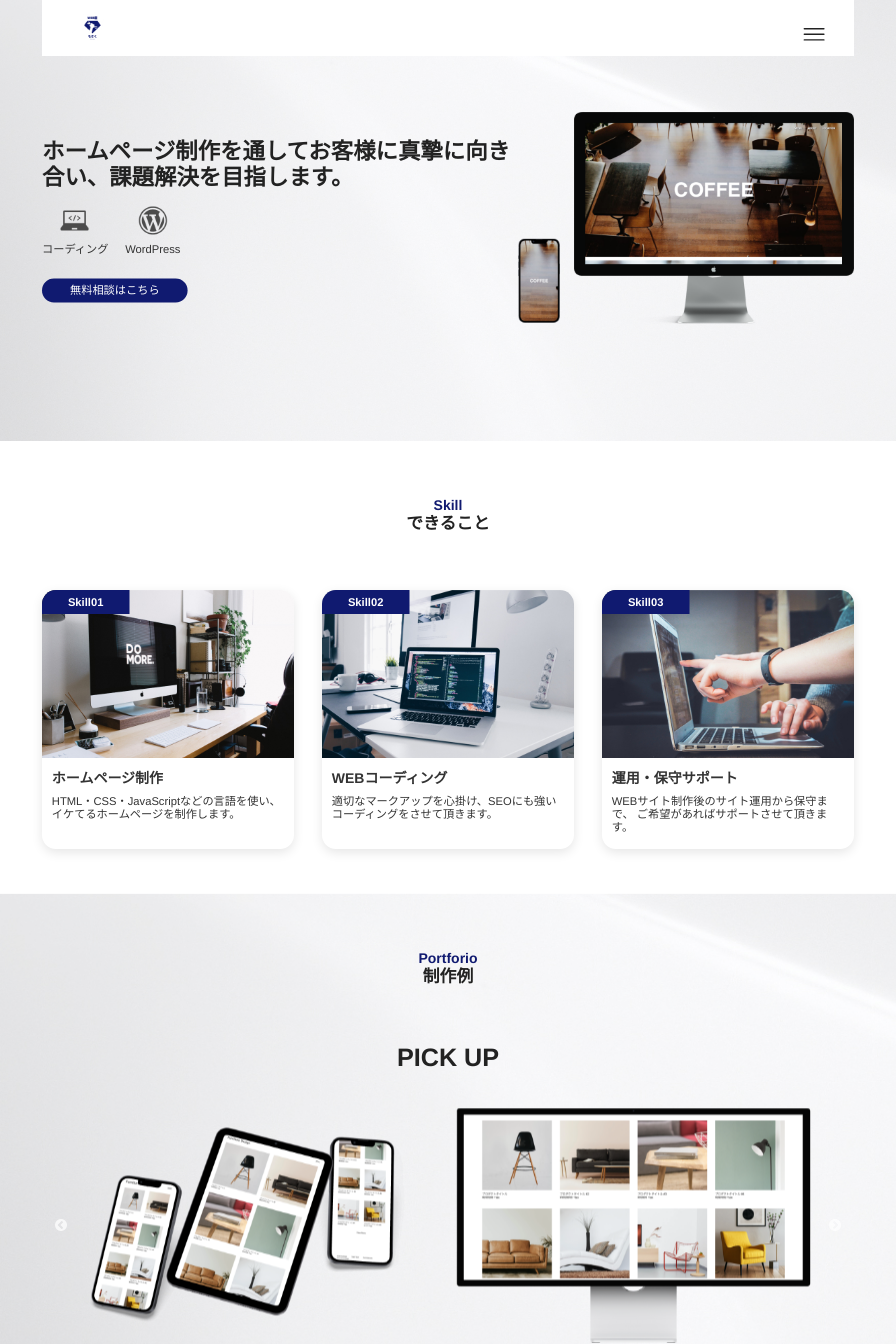
Repository: mosak0217/mosak
Page: index.html
An editor plug-in stored every save of this project. The page is shown before and after the next save, followed by the edit.
The browser window is 1280 px wide. The pictures show the part of the page from y = 0 to 1920 px (the page is 8442 px tall), at 70% of full size.
The style sheet was rebuilt from its Sass, Less or Tailwind sources for each picture, by a compiler version that may differ from the author's.

Above is the page before, as saved 2022-07-03 14:19:23.

### index.html
<!DOCTYPE html>
<html lang="ja">
<head>
  <meta charset="UTF-8">
  <meta name="discription" content="もさくのポートフォリオ">
  <meta http-equiv="X-UA-Compatible" content="IE=edge">
  <meta name="viewport" content="width=device-width, initial-scale=1.0">
  <link rel="stylesheet" href="sass/reset.css">
  <link rel="stylesheet" type="text/css" href="https://cdn.jsdelivr.net/npm/slick-carousel@1.8.1/slick/slick.css"/>
  <link rel="stylesheet" type="text/css" href="https://cdn.jsdelivr.net/npm/slick-carousel@1.8.1/slick/slick-theme.css"/>
  <link rel="stylesheet" href="sass/style.css">
  <link rel="icon" href="img/favicon.png">
  <title>mosak</title>
</head>
<body>
  <main>
  <header id="header" class="header wrapper">
    <h1 class="header_logo"><a href="#"><img src="img/header_icon.png" alt=""></a></h1><!-- header_logo-->


    <nav id="nav" class="header_nav">
      <div class="inner">
      <ul class="header_nav_list nav_menu">
        <li class="header_nav_item"><a href="#skill">できること</a></li>
        <li class="header_nav_item"><a href="#portforio">制作例</a></li>
        <li class="header_nav_item"><a href="#price">料金表</a></li>
        <li class="header_nav_item"><a href="#frow">サービスの流れ</a></li>
        <li class="header_nav_item"><a href="#info">お知らせ</a></li>
        <li class="header_nav_item"><a href="#consept">こだわり</a></li>
        <li class="header_nav_item"><a href="#profile">自己紹介</a></li>
        <li class="header_nav_item"><a href="">ブログ</a></li>
        <div class="btn"><a href="#contact">無料相談はこちら</a></div>
      </ul><!-- header_nav_list-->
    </div>
    </nav><!-- header_nav-->


    <div class="hamberger_btn">
      <span></span>
      <span></span>
      <span></span>
    </div><!-- hamburger_btn-->

    <div id="mask"></div>
  </header>
  </header><!-- header-->


<section id="mv" class="mv">
  <div class="mv_inner wrapper">
    <div class="mv_cont">
    <h2>ホームページ制作を通してお客様に真摯に向き合い、課題解決を目指します。</h2>
    <div class="mv_icons">
    <div class="mv_icon">
      <img src="img/coding_icon.png" alt="コーディングアイコン">
      <p>コーディング</p>
    </div><!--mv_icon-->
    <div class="mv_icon">
      <img src="img/wordpress_icon.png" alt="ワードプレスアイコン">
      <p>WordPress</p>
    </div><!--mv_icon-->
  </div><!--mv_icons-->
    <div class="btn"><a href="#contact">無料相談はこちら</a></div>
    </div><!--mv_cont-->
    <img src="img/mv_img.png" alt="メインビュー画像">
  </div><!--mv_inner-->
</section><!--mv-->

<section id="skill" class="skill">
<h1 class="section_ttl">
  <p class="section_sub_ttl">Skill</p>できること</h1>
<div class="wrapper box_contents">
<div class="box_cont">
  <p class="category_label">Skill01</p>
  <img src="img/skill1.jpg" alt="スキル１画像">
  <h2>ホームページ制作</h2>
  <p>HTML・CSS・JavaScriptなどの言語を使い、
    イケてるホームページを制作します。</p>
</div><!--box_cont-->
<div class="box_cont">
  <p class="category_label">Skill02</p>
  <img src="img/skill2.jpg" alt="スキル２画像">
  <h2>WEBコーディング</h2>
  <p>適切なマークアップを心掛け、SEOにも強い
    コーディングをさせて頂きます。</p>
</div><!--box_cont-->
<div class="box_cont">
  <p class="category_label">Skill03</p>
  <img src="img/skill3.jpg" alt="スキル３画像">
  <h2>運用・保守サポート</h2>
  <p>WEBサイト制作後のサイト運用から保守まで、
    ご希望があればサポートさせて頂きます。</p>
</div><!--box_cont-->
</div><!--wrapper-->
</section><!--skill-->


<section id="portforio" class="portforio">
<h1 class="section_ttl">
  <p class="section_sub_ttl">Portforio</p>制作例</h1>
<div class="wrapper">
    <h2>PICK UP</h2>
    <ul class="slick_area">
      <li><a href="single.html"><img src="img/sneakers_slick.png" alt=""></a></li>
      <li><a href="single.html"><img src="img/fd_slick.png" alt=""></a></li>
      <li><a href="single.html"><img src="img/coffee_slick.png" alt=""></a></li>
      <li><a href="single.html"><img src="img/tb_slick.png" alt=""></a></li>
    </ul>
</div><!--wrapper-->
<div class="btn"><a href="category.html">もっと見る！</a></div>

</section><!--portforio-->

<section id="price" class="price">
<h1 class="section_ttl">
  <p class="section_sub_ttl">Price</p>料金表</h1>
<table class="wrapper">
  <tr class="tr_top">
    <th>プラン</th>
    <th>料金</th>
  </tr>
  <tr>
    <td>コーディング（TOP）</td>
    <td>20,000円〜</td>
  </tr>
  <tr class="tr_color_gray">
    <td>コーディング（下層）</td>
    <td>10,000円〜</td>
  </tr>
  <tr>
    <td>LPコーディング</td>
    <td>20,000円〜</td>
  </tr>
  <tr class="tr_color_red">
    <td>LPデザイン＋コーディング</td>
    <td>80,000円〜</td>
  </tr>
  <tr>
    <td>WordPress化</td>
    <td>80,000円〜</td>
  </tr>
  <tr class="tr_color_red">
    <td>コーディング＋WorsPress化</td>
    <td>100,000円〜</td>
  </tr>
  <tr>
    <td>UI/UXデザイン作成</td>
    <td>20,000円〜</td>
  </tr>
  <tr class="tr_color_gray">
    <td>WEBサイト運営・保守</td>
    <td>10,000円〜</td>
  </tr>
  <tr>
    <td class="new"><p>NEW</p>まとめてお願い丸投げプラン</td>
    <td>100,000円〜</td>
  </tr>
</table>
</section><!--price-->

<section id="frow" class="frow">
  <h1 class="section_ttl">
    <p class="section_sub_ttl">Frow</p>サービスの流れ</h1>
  <h2 class="marker"><span>４ステップだけ</span>で簡単にオリジナルのWEBサイトが手に入ります！</h2>
  <div class="wrapper">

  <div class="box_cont">
    <h2>STEP１</h2>
    <img src="img/step1.jpg" alt="ステップ１">
    <h3>お問い合わせ</h3>
    <p>お問い合わせフォームに必要事項を記入して頂きご連絡ください。
      ご検討されている段階でのご相談でも
      結構です</p>
  </div><!--box_cont-->
  <img class="arrow" src="img/frow_arrow.jpg" alt="frow_arrow">
  <div class="box_cont">
    <h2>STEP２</h2>
    <img src="img/step2.jpg" alt="ステップ２">
    <h3>ヒアリング&お見積り</h3>
    <p>お客さまの現状の課題やご要望をヒアリングし、サイト構成やイメージのご提案と製作費のお見積書をご提示させて頂きます。</p>
  </div><!--box_cont-->
  <img class="arrow" src="img/frow_arrow.jpg" alt="frow_arrow">
  <div class="box_cont">
    <h2>STEP３</h2>
    <img src="img/step3.jpg" alt="ステップ３">
    <h3>サイト構築&制作</h3>
    <p>サイトの目的やターゲット、デザインコンセプトを決定した後、サイト構築、制作に映ります。
      デザインボリューム等によって制作期間は異なります。</p>
  </div><!--box_cont-->
  <img class="arrow" src="img/frow_arrow.jpg" alt="frow_arrow">
  <div class="box_cont">
    <h2>STEP４</h2>
    <img src="img/step4.jpg" alt="ステップ４">
    <h3>確認&納品</h3>
    <p>最終確認・修正作を全て完了したら、本番サーバーにアップもしくは、ZIPファイルにて納品させて頂きます。</p>
  </div><!--box_cont-->
  </div><!--wrapper-->
  <div class="btn"><a href="#contact">無料相談はこちら</a></div>
  </section><!--frow-->


<section id="info" class="info">
  <h1 class="section_ttl">
    <p class="section_sub_ttl">Info</p>お知らせ</h1>
  <div class="wrapper">
<div class="info_cont">
  <h2 class="marker marker_color">Web制作会社様へ</h2>
  <img src="img/info1.jpg" alt="お知らせ１画像">
  <p>コーダー不足でお悩みのWEB制作会社様へ。
    「人手が足りていない。」「コーディングだけでも任せたい。」
    このようなお悩みがあれば、私にお任せください！
    「正確性」「スピード」を重視したマークアップをさせて頂きます。
    定期案件を頂けるような制作会社様大歓迎です。</p>
</div><!--info_cont-->
<div class="info_cont">
  <h2 class="marker">フリーランスの方へ</h2>
  <img src="img/info2.jpg" alt="お知らせ２画像">
  <p>「一人じゃ案件捌き切れない。。」
    「コーディングだけでも外注したい。。」
    このようなお悩みを持つ優秀なフリーランス様！
    私にコーディングだけでもお手伝いさせてもらえませんか？
    コーディングだけでも外注することによって、
    受けきれなかった案件の取りこぼしも減るはずです。
    どうかご検討を！</p>
</div><!--info_cont-->
  </div><!--wrapper-->
  </section><!--info-->

<section id="consept" class="consept">
  <h1 class="section_ttl">
    <p class="section_sub_ttl">Consept</p>3つのこだわり</h1>
  <div class="wrapper">
    <div class="consept_cont">
      <img src="img/consept1.jpg" alt="コンセプト１画像">
      <div class="consept_txt_area">
        <p class="number">01</p>
        <h2 class="marker">コーディングルールを厳守</h2>
        <p>コーディングにはいくつものルールが存在します。
          スピードや再現性・保守性まで考えながらコーディングすることを徹底しています。それらを考えながらコーディングすることによって、修正や拡張もしやすくなります。</p>
      </div><!--consept_txt_area-->
    </div><!--consept_cont-->

    <div class="consept_cont">
      <div class="consept_txt_area">
        <p class="number">02</p>
        <h2 class="marker">スピード＋正確性</h2>
        <p>コーディングにおいて、スピードと正確性にもこだわります。ただ早いだけで雑なコーディングは決して致しません。
          その中でスピードと正確性を常に求め高い水準でお仕事をすることをお約束致します。</p>
        </div><!--consept_txt_area-->
        <img src="img/consept2.jpg" alt="コンセプト２画像">
    </div><!--consept_cont-->

    <div class="consept_cont">
      <img src="img/consept3.jpg" alt="コンセプト３画像">
      <div class="consept_txt_area">
        <p class="number">03</p>
        <h2 class="marker">”強み”の打ち出しとWEBブランディング</h2>
        <p>お客様の強みを最大限引き出すのも私のお仕事です。ホームページを作るメリットは、信用力の向上や
          集客力アップ、売上の増加、顧客分析、求人募集など幅広いメリットがあります。
          そのメリットをいち早く手に入れて頂くために、お客様に合ったWEBブランディングをさせて頂きます。</p>
      </div><!--consept_txt_area-->
    </div><!--consept_cont-->
  </div><!--wrapper-->
  </section><!--info-->

  <section id="profile" class="profile">
    <h1 class="section_ttl">
      <p class="section_sub_ttl">Profile</p>自己紹介</h1>
    <div class="wrapper">
      <div class="profile_imgs">
      <img src="img/profile_img.jpg" alt="プロフィール画像">
      <div class="sns_imgs">
        <a href=""><img src="img/Twitter_icon.jpg" alt="ツイッターアイコン"></a>
        <a href=""><img src="img/facebook_icon.jpg" alt="フェイスブックアイコン"></a>
        <a href=""><img src="img/github_icon.jpg" alt="githubアイコン"></a>
      </div><!--sns_imgs-->
    </div><!--profile_imgs-->
    <table>
      <tr>
        <td>名前</td>
        <td>もさく</td>
      </tr>
      <tr class="tr_color_gray">
        <td>所在地</td>
        <td>大阪</td>
      </tr>
      <tr>
        <td>制作環境</td>
        <td>MacBook Pro 2020/iPhone XR</td>
      </tr>
      <tr class="tr_color_gray">
        <td>使用ツール</td>
        <td>HTML /CSS/Scss/JavaScript/jQuery/Figuma</td>
      </tr>
      <tr>
        <td>連絡手段</td>
        <td>基本メール、もしくはSlack・Chatwork等</td>
      </tr>
      <tr class="tr_color_gray">
        <td>返信速度</td>
        <td>24時間以内に返信します。作業中であれば即レス</td>
      </tr>
      <tr>
        <td>ヒアリング方法</td>
        <td>ヒアリングシート記入、もしくはZOOMでの打ち合わせ</td>
      </tr>
      <tr class="tr_color_gray">
        <td>お見積り/ご相談</td>
        <td>無料</td>
      </tr>
      <tr>
        <td>料金の支払い方法</td>
        <td>銀行振り込みにて着手時に半金、納品後半金でのお支払い</td>
      </tr>
    </table>
    </div><!--wrapper-->
    </section><!--profile-->

    <section id="qa" class="qa">
      <h1 class="section_ttl">
        <p class="section_sub_ttl">Q&A</p>よくあるご質問</h1>
      <div class="wrapper">
        <dl class="accordion">
          <div class="qa">
          <dt class="q"><p class="q_mark">Q</p>
          <h2 class="q_txt">修正についてはどのくらい対応してもらえますか？</h2></dt>
          <dd class="a">
            <p class="a_mark">A</p>
          <h2 class="a_txt">デザイン案を提示させて頂いてから原則2回まで無料で対応させて頂きます。
            実装の仕様上、ご対応できない場合も御座いますのでご了承ください。</h2>
          </dd>
        </div>
        <div class="qa">
          <dt class="q"><p class="q_mark">Q</p>
          <h2 class="q_txt">全くネットの知識がないのですが大丈夫でしょうか？</h2></dt>
          <dd class="a"><p class="a_mark">A</p>
          <h2 class="a_txt">はい！全く問題ありません！私も独学で勉強した身なので、その気持ちはよく分かります。
            お客様が作りたいホームページのザックリとしたイメージさえあればOKです。</h2>
          </dd>
        </div>
        <div class="qa">
          <dt class="q"><p class="q_mark">Q</p>
          <h2 class="q_txt">納期はどれくらい見ればいいですか？</h2></dt>
          <dd class="a"><p class="a_mark">A</p>
          <h2 class="a_txt">どこまでの範囲を求めているかによって大きく異なります。
            デザインをお持ちでコーディングのみでしたら、数日〜、UIデザイン〜WordPress化までだと２週間以上かかる場合もあります。
            ケースバイケースなので、お問い合わせして頂きご確認ください。</h2>
          </dd>
        </div>
        <div class="qa">
          <dt class="q"><p class="q_mark">Q</p>
          <h2 class="q_txt">予算はそこまでかけられないけど大丈夫？</h2></dt>
          <dd class="a"><p class="a_mark">A</p>
          <h2 class="a_txt">はい、問題ありません！
            お客様のご予算内でできること・できないことを明確に提示させて頂きます。</h2>
          </dd>
        </div>
        <div class="qa">
          <dt class="q"><p class="q_mark">Q</p>
          <h2 class="q_txt">１週間以内にホームページが欲しいのですが無理ですか？</h2></dt>
          <dd class="a"><p class="a_mark">A</p>
          <h2 class="a_txt">内容によっては無理ではありませんが、できれば余裕を持ってご依頼して頂けると助かります。
            他のお客様の制作もありますし、何よりお客様にとって満足できるサイトをご提供させて頂きたいのでご協力お願いします。</h2>
          </dd>
        </div>
        <div class="qa">
          <dt class="q"><p class="q_mark">Q</p>
          <h2 class="q_txt">何も分かりません。丸投げしてもいいですか？</h2></dt>
          <dd class="a"><p class="a_mark">A</p>
          <h2 class="a_txt">はい、問題ありません。
            抽象的に「こんな感じのホームページが欲しい！」みたいな形のご依頼でも結構です。
            まとめてお願い丸投げプランもありますのでご利用ください。</h2>
          </dd>
        </div>
        </dl><!--accordion-->
      </div><!--wrapper-->
      </section><!--q&a-->

      <section id="contact" class="contact">
        <h1 class="section_ttl">
          <p class="section_sub_ttl">Contact</p>お問い合わせ</h1>
        <h2>些細なことでもお気軽にご相談ください。24時間以内に確認いたします。</h2>
        <div class="wrapper">
          <form action="mailto:mosak0217@gmail.com" enctype="text/plain" method="POST">
            <label for="name">お名前</label><br>
            <input class="name" name="お名前" type="text" value="お名前" required><br>

            <label for="email">メールアドレス</label><br>
            <input class="mail" name="メール" type="text" value="メールアドレス" required><br>

            <label class="kind" for="kind">お問い合わせの種類</label><br>

            <label class="radio">相談・質問
              <input type="radio" name="level" value="ok" checked style="accent-color:gray" required>
            </label>
            <label class="radio">見積もり
              <input type="radio" name="level" value="ok" checked style="accent-color:gray" required>
            </label>
            <label class="radio">制作依頼
              <input type="radio" name="level" value="ok" checked style="accent-color:gray" required>
            </label>
            <label class="radio">その他
              <input type="radio" name="level" value="ok" checked style="accent-color:gray" required>
            </label>
            <br>

            <label for="name">お問い合わせ内容</label><br>
            <textarea name="お問い合わせ内容" required></textarea><br>
            <div class="contact_btn"><button type="submit" name="example" value="ボタン">送信する</button></div>
        </div><!--wrapper-->
        </section><!--contact-->

        <footer><p class="copyright">Copyright © 2022 mosak All rights reserved.</p></footer>
        <script
        src="https://code.jquery.com/jquery-3.6.0.min.js"
        integrity="sha256-/xUj+3OJU5yExlq6GSYGSHk7tPXikynS7ogEvDej/m4="
        crossorigin="anonymous"></script>
        <script type="text/javascript" src="https://cdn.jsdelivr.net/npm/slick-carousel@1.8.1/slick/slick.min.js"></script>
<script src="js/main.js"></script>
</main>
</body>
</html>

Loaded but not shown: js/main.js (75 lines, source omitted); sass/style.scss (851 lines, source omitted); sass/reset.css (421 lines, source omitted)

After the next save:
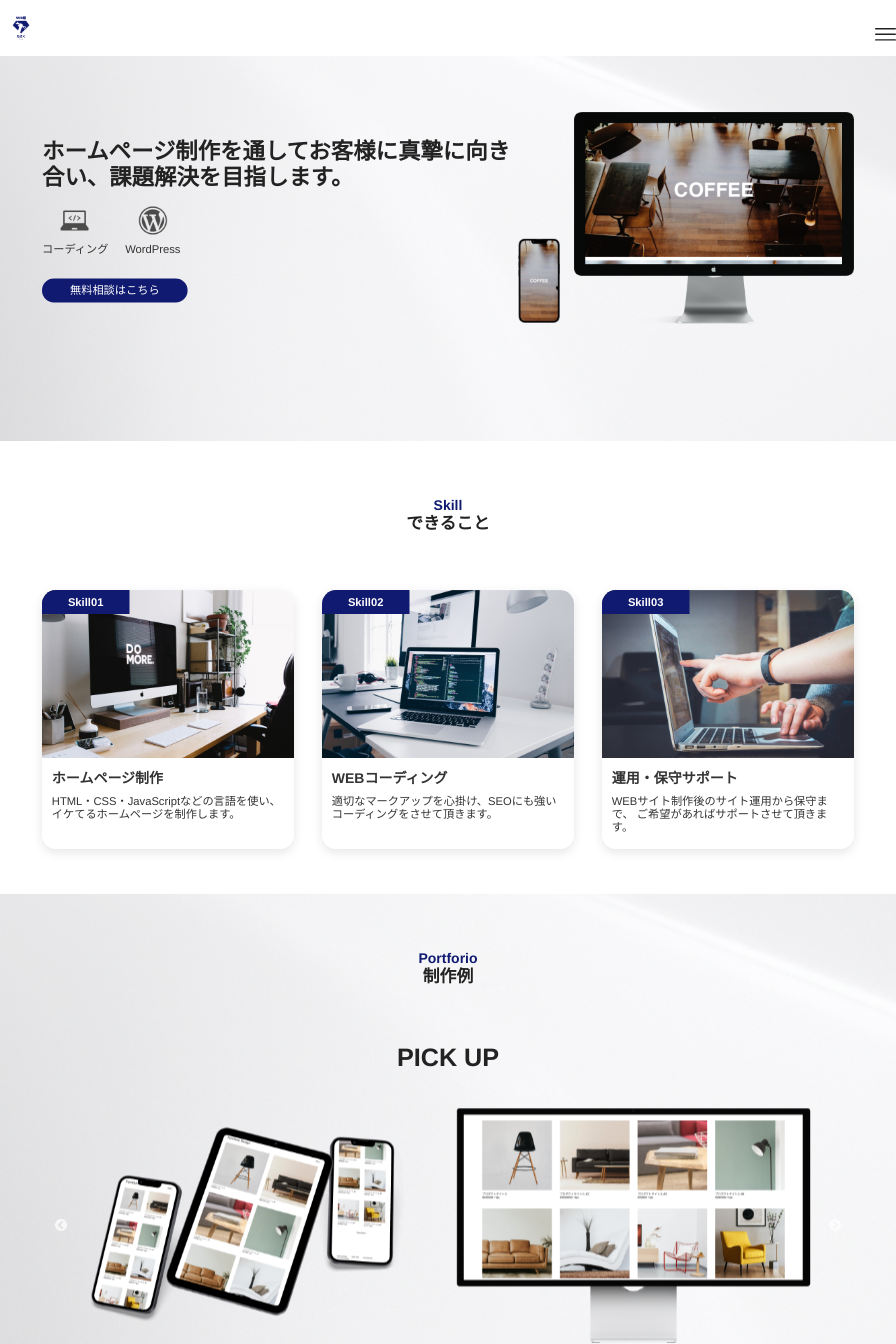
Saved 2 min 39 s later.
--- a/index.html
+++ b/index.html
@@ -14,7 +14,7 @@
 </head>
 <body>
   <main>
-  <header id="header" class="header wrapper">
+  <header id="header" class="header">
     <h1 class="header_logo"><a href="#"><img src="img/header_icon.png" alt=""></a></h1><!-- header_logo-->
 
 

After the save that followed:
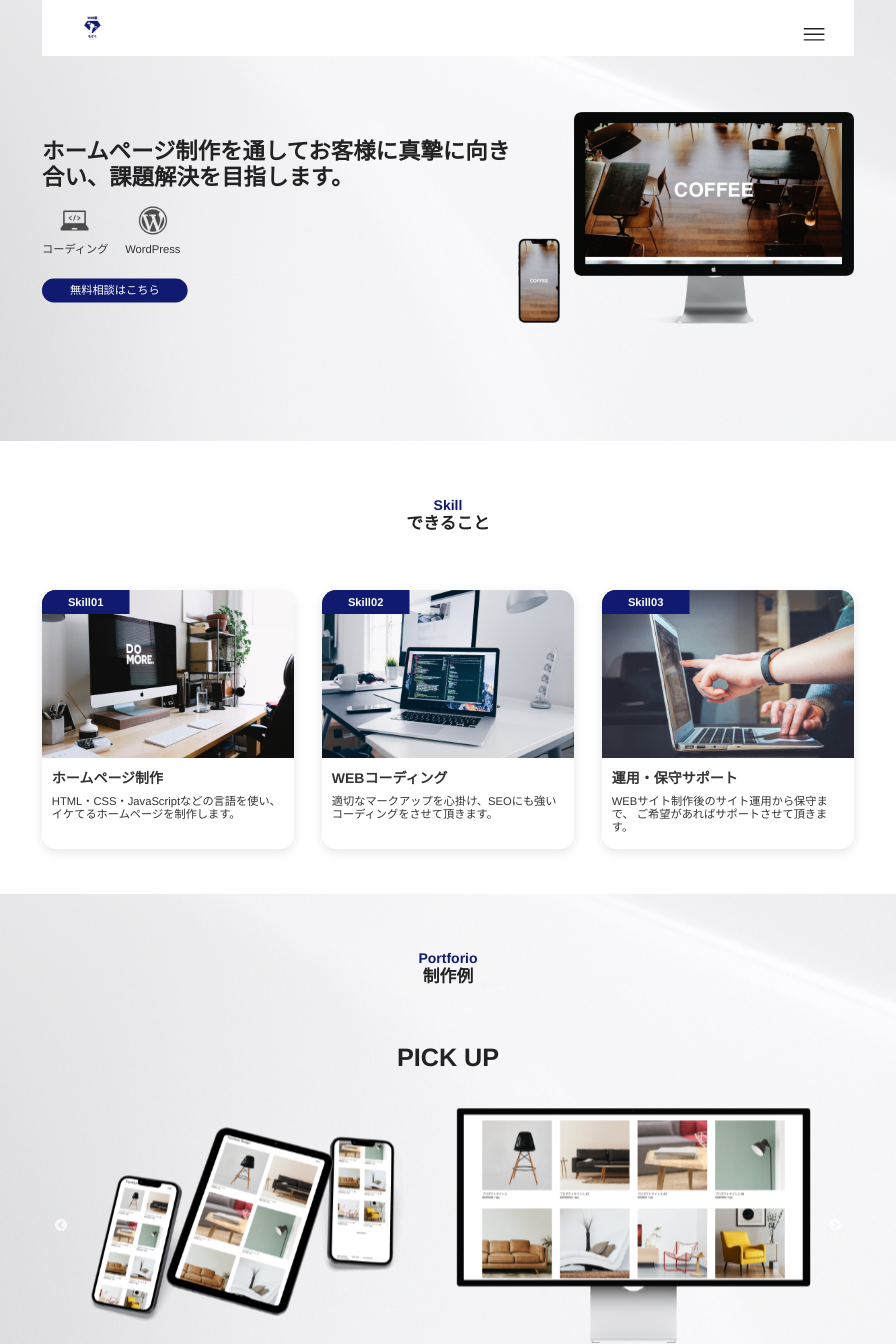
Saved 20 s later.
--- a/index.html
+++ b/index.html
@@ -14,7 +14,7 @@
 </head>
 <body>
   <main>
-  <header id="header" class="header">
+  <header id="header" class="header wrapper">
     <h1 class="header_logo"><a href="#"><img src="img/header_icon.png" alt=""></a></h1><!-- header_logo-->
 
 
